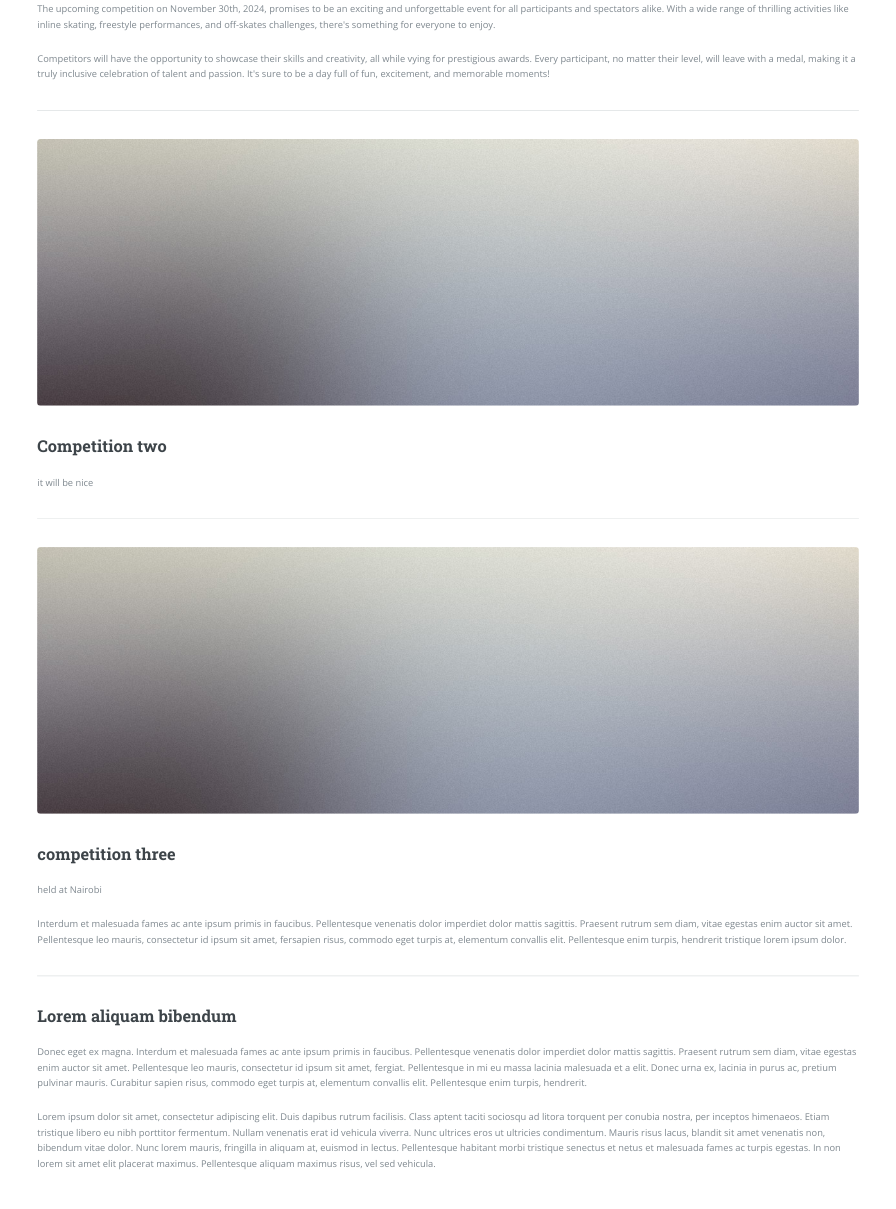
Repository: rachel648/New_Elite
Page: generic.html
An editor plug-in stored every save of this project. The page is shown before and after the next save, followed by the edit.
The browser window is 1280 px wide. The pictures show the part of the page from y = 692 to 2612 px (the page is 2419 px tall before and 2612 px after), at 70% of full size.

Above is the page before, as saved 2024-10-14 11:45:38.

After the next save:
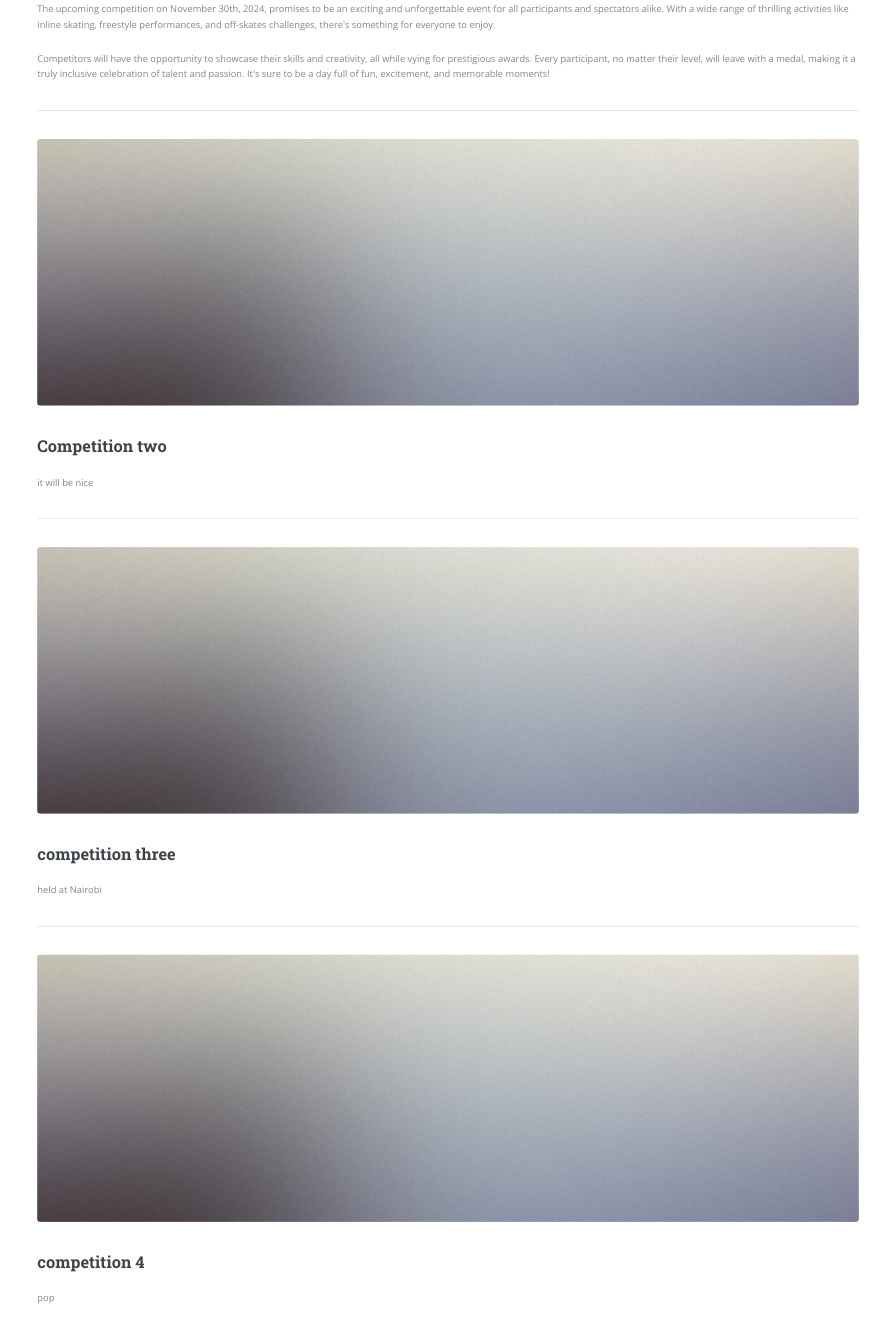
Saved 60 s later.
--- a/generic.html
+++ b/generic.html
@@ -56,14 +56,14 @@
 
 									<h2>competition three</h2>
 									<p>held at Nairobi</p>
-									<p>Interdum et malesuada fames ac ante ipsum primis in faucibus. Pellentesque venenatis dolor imperdiet dolor mattis sagittis. Praesent rutrum sem diam, vitae egestas enim auctor sit amet. Pellentesque leo mauris, consectetur id ipsum sit amet, fersapien risus, commodo eget turpis at, elementum convallis elit. Pellentesque enim turpis, hendrerit tristique lorem ipsum dolor.</p>
+									<p></p>
 
 									<hr class="major" />
+									<span class="image main"><img src="images/pic11.jpg" alt="" /></span>
 
-									<h2>Lorem aliquam bibendum</h2>
-									<p>Donec eget ex magna. Interdum et malesuada fames ac ante ipsum primis in faucibus. Pellentesque venenatis dolor imperdiet dolor mattis sagittis. Praesent rutrum sem diam, vitae egestas enim auctor sit amet. Pellentesque leo mauris, consectetur id ipsum sit amet, fergiat. Pellentesque in mi eu massa lacinia malesuada et a elit. Donec urna ex, lacinia in purus ac, pretium pulvinar mauris. Curabitur sapien risus, commodo eget turpis at, elementum convallis elit. Pellentesque enim turpis, hendrerit.</p>
-									<p>Lorem ipsum dolor sit amet, consectetur adipiscing elit. Duis dapibus rutrum facilisis. Class aptent taciti sociosqu ad litora torquent per conubia nostra, per inceptos himenaeos. Etiam tristique libero eu nibh porttitor fermentum. Nullam venenatis erat id vehicula viverra. Nunc ultrices eros ut ultricies condimentum. Mauris risus lacus, blandit sit amet venenatis non, bibendum vitae dolor. Nunc lorem mauris, fringilla in aliquam at, euismod in lectus. Pellentesque habitant morbi tristique senectus et netus et malesuada fames ac turpis egestas. In non lorem sit amet elit placerat maximus. Pellentesque aliquam maximus risus, vel sed vehicula.</p>
-
+									<h2>competition 4</h2>
+									<p> pop</p>
+									<p> </p>
 								</section>
 
 						</div>
